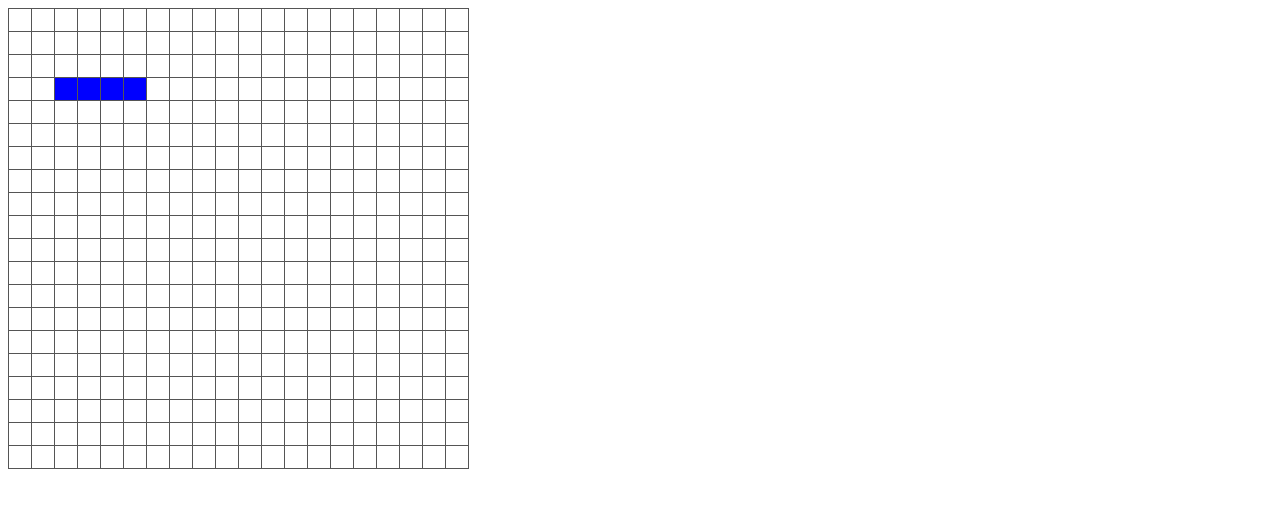
Repository: ycsheng/Games
Page: 01_snake/index.html
These files come from the project's save history. The page is drawn as it stood at one moment and after the next save; the edit follows.
The browser window is 1280 px wide. The pictures show the whole page.

Above is the page before, as saved 2021-09-18 11:02:14.

### 01_snake/index.html
<!DOCTYPE html>
<html lang="zh">
<head>
  <meta charset="UTF-8">
  <meta http-equiv="X-UA-Compatible" content="IE=edge">
  <meta name="viewport" content="width=device-width, initial-scale=1.0">
  <title>Document</title>
  <style>
    table {
      border-collapse: collapse;
      border: 1px solid #333
    }
    td {
      width: 20px;
      height: 20px;
      border: 1px solid #555;
    }
  </style>
</head>
<body>
  <div id="app"></div>
  <script src="./js/Game.js"></script>
  <script src="./js/Snake.js"></script>
  <script>
    var game = new Game();
  </script>
</body>
</html>

### 01_snake/js/Game.js
/*
  1. 在构造函数中创建一个空对象
  2. 将执行上下文指向这个空对象
  3. 执行里面的所有函数
  4. 执行完成后，返回对象
*/
function Game() {
  // 创建表格
  this.row = 20;  // 行数
  this.col = 20;  //列数
  // 初始化节点
  this.init();
  // 实例化蛇类
  this.snake = new Snake();

  // this.snake.render();
}
Game.prototype.init = function() {
  this.dom = document.createElement("table");
  var tr, td;
  // 遍历行和列上树
  for(var i = 0; i < this.row; i++) {
    // 遍历行，创建节点上树
    tr = document.createElement("tr");
    for(var j = 0; j < this.col; j++) {
      // 遍历列，创建节点上树
      td = document.createElement("td");
      tr.appendChild(td)
    }
    // 追加节点上树
    this.dom.appendChild(tr);
  }
  // 表格上树
  document.getElementById("app").appendChild(this.dom)
}

// 设置颜色的方法
Game.prototype.setColor = function(row, col, color) {
  // 让表格的第几行，第几列设置颜色的方法
  this.dom.getElementsByTagName("tr")[row].getElementsByTagName("td")[col].style.background = color;
}

var timer = setInterval(function() {
  // 渲染蛇
  game.snake.render();
  // 蛇的运动
  game.snake.update();
}, 1000)

### 01_snake/js/Snake.js
function Snake() {
  // 蛇的初始化身体
  this.body  = [
    {"row": 3, "col": 5},
    {"row": 3, "col": 4},
    {"row": 3, "col": 3},
    {"row": 3, "col": 2},
  ];
}

// 蛇的运动
Snake.prototype.update = function() {
  // 尾部减一
  this.body.pop();
  // 头部
  this.body.unshift({"row": 3, "col": 5})
}

Snake.prototype.render = function() {
  // 蛇头的渲染
  game.setColor(this.body[0].row, this.body[0].col, "red");
  // 蛇身体的渲染
  for(var i = 1; i < this.body.length; i++) {
    game.setColor(this.body[i].row, this.body[i].col, "blue")
  }
}

After the next save:
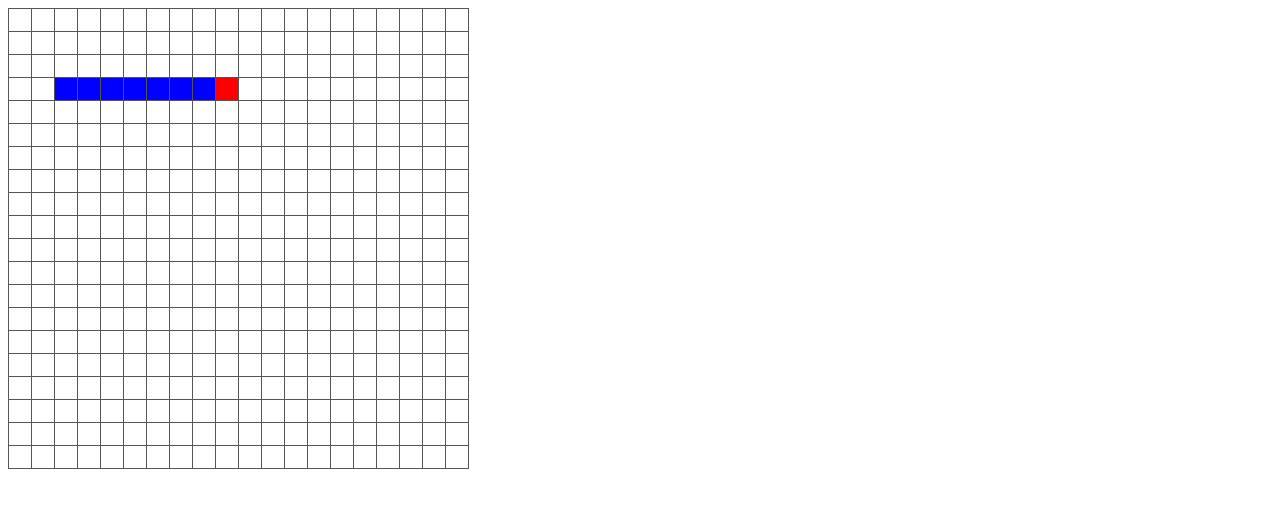
Saved 28 s later.
--- a/01_snake/js/Snake.js
+++ b/01_snake/js/Snake.js
@@ -13,7 +13,7 @@ Snake.prototype.update = function() {
   // 尾部减一
   this.body.pop();
   // 头部
-  this.body.unshift({"row": 3, "col": 5})
+  this.body.unshift({"row": this.body[0].row, "col": this.body[0].col + 1})
 }
 
 Snake.prototype.render = function() {
